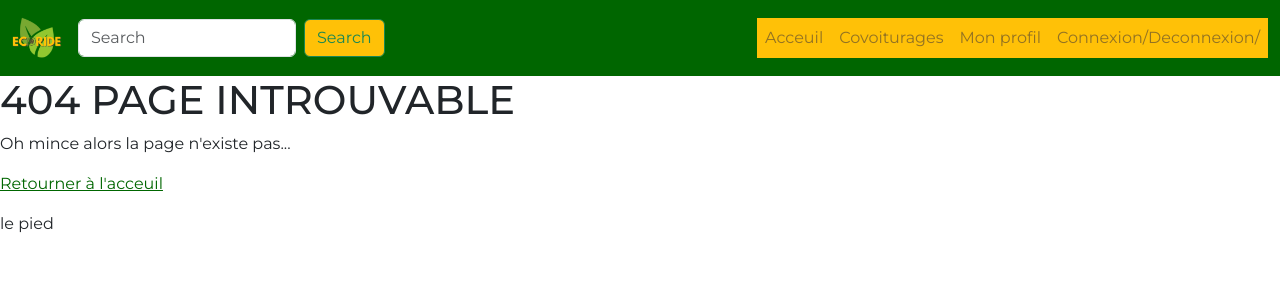
Repository: lemonhao9/ECF
Page: index.html
An editor plug-in stored every save of this project. The page is shown before and after the next save, followed by the edit.
The browser window is 1280 px wide. The pictures show the whole page.
Some web fonts or font styles are not loaded; a fallback is used. The style sheet was rebuilt from its Sass, Less or Tailwind sources for each picture, by a compiler version that may differ from the author's.

Above is the page before, as saved 2025-02-11 11:28:53.

### index.html
<!DOCTYPE html>
<html lang="fr">
<head>
    <meta charset="UTF-8">
    <meta name="viewport" content="width=device-width, initial-scale=1.0">
    <link rel="preconnect" href="https://fonts.googleapis.com">
    <link rel="preconnect" href="https://fonts.gstatic.com" crossorigin>
    <link href="https://fonts.googleapis.com/css2?family=Hind+Madurai:wght@300;400;500;600;700&family=Montserrat:ital,wght@0,100..900;1,100..900&display=swap" rel="stylesheet">
    <link rel="stylesheet" href="/scss/main.css"/>
    <title>EcoRide</title>
</head>
<body>

    <header>
<nav class="navbar navbar-expand-lg bg-primary" data-bs-theme="light">
  <div class="container-fluid">
    <a class="navbar-brand" href="/"><img src="/images/EcoRideLOGO.png" alt="logo EcoRide" width="50px"height="50px"></a>
    <button class="navbar-toggler" type="button" data-bs-toggle="collapse" data-bs-target="#navbarSupportedContent" aria-controls="navbarSupportedContent" aria-expanded="false" aria-label="Toggle navigation">
      <span class="navbar-toggler-icon"></span>
    </button>
    <div class="collapse navbar-collapse" id="navbarSupportedContent">
        <form class="d-flex" role="search">
            <input class="form-control me-2" type="search" placeholder="Search" aria-label="Search">
            <button class="btn btn-outline-success bg-secondary" type="submit">Search</button>
          </form>
      <ul class="navbar-nav ms-auto mb-2 mb-lg-0">
        <li class="nav-item">
          <a class="nav-link bg-secondary" href="/">Acceuil</a>
        </li>
        <li class="nav-item">
          <a class="nav-link bg-secondary" href="#">Covoiturages</a>
        </li>
        <li class="nav-item">
          <a class="nav-link bg-secondary" href="#">Mon profil</a>
        </li>
        <li class="nav-item">
            <a class="nav-link bg-secondary" href="#">Connexion/Deconnexion/</a>
          </li>
      </ul>

    </div>
  </div>
</nav>
    </header>

    <main id="main-page">
        <!-- Injection du contenu des différentes pages-->
    </main>
    <footer>
        le pied
    </footer>

    <script type="module" src="./Router/router.js"></script>
    <script src="node_modules/bootstrap/dist/js/bootstrap.bundle.min.js"></script>

</body>
</html>

### Router/router.js
import Route from "./Route.js";
import { allRoutes, websiteName } from "./allRoutes.js";

// Création d'une route pour la page 404 (page introuvable)
const route404 = new Route("404", "Page introuvable", "/pages/404.html");

// Fonction pour récupérer la route correspondant à une URL donnée
const getRouteByUrl = (url) => {
  let currentRoute = null;
  // Parcours de toutes les routes pour trouver la correspondance
  allRoutes.forEach((element) => {
    if (element.url == url) {
      currentRoute = element;
    }
  });
  // Si aucune correspondance n'est trouvée, on retourne la route 404
  if (currentRoute != null) {
    return currentRoute;
  } else {
    return route404;
  }
};

// Fonction pour charger le contenu de la page
const LoadContentPage = async () => {
  const path = window.location.pathname;
  // Récupération de l'URL actuelle
  const actualRoute = getRouteByUrl(path);
  // Récupération du contenu HTML de la route
  const html = await fetch(actualRoute.pathHtml).then((data) => data.text());
  // Ajout du contenu HTML à l'élément avec l'ID "main-page"
  document.getElementById("main-page").innerHTML = html;

  // Ajout du contenu JavaScript
  if (actualRoute.pathJS != "") {
    // Création d'une balise script
    var scriptTag = document.createElement("script");
    scriptTag.setAttribute("type", "text/javascript");
    scriptTag.setAttribute("src", actualRoute.pathJS);

    // Ajout de la balise script au corps du document
    document.querySelector("body").appendChild(scriptTag);
  }

  // Changement du titre de la page
  document.title = actualRoute.title + " - " + websiteName;
};

// Fonction pour gérer les événements de routage (clic sur les liens)
const routeEvent = (event) => {
  event = event || window.event;
  event.preventDefault();
  // Mise à jour de l'URL dans l'historique du navigateur
  window.history.pushState({}, "", event.target.href);
  // Chargement du contenu de la nouvelle page
  LoadContentPage();
};

// Gestion de l'événement de retour en arrière dans l'historique du navigateur
window.onpopstate = LoadContentPage;
// Assignation de la fonction routeEvent à la propriété route de la fenêtre
window.route = routeEvent;
// Chargement du contenu de la page au chargement initial
LoadContentPage();

### Router/allRoutes.js
import Route from "./Route.js";

//Définir ici vos routes
export const allRoutes = [
    new Route("/", "Accueil", "./pages/home.html"),
    new Route("/profile", "Profil", "./pages/profile.html"),
    new Route("/login", "Connexion", "./pages/auth/login.html"),
    new Route("/signin", "Inscription", "./pages/auth/signin.html"),
    new Route("/formCovoit", "Covoiturages", "./pages/formCovoit.html"),
    new Route("/vueCovoit", "Se déplacer", "./pages/vueCovoit.html")
];

//Le titre s'affiche comme ceci : Route.titre - websitename
export const websiteName = "EcoRide";

### pages/404.html
<div>
    <h1>404 PAGE INTROUVABLE</h1>
    <p>Oh mince alors la page n'existe pas...</p>
    <p><a href="/">Retourner à l'acceuil</a></p>
</div>

### scss/main.scss
@import 'custom'

### scss/_custom.scss
// Include any default variable overrides here (though functions won't be available)

$primary: #006600;
$secondary: #FFC107;
$dark:#392C1E;
$black:  #584832;
$font-family-sans-serif: "Montserrat", sans-serif !default;
$font-family-serif: "Hind Madurai", serif !default;

@import "../node_modules/bootstrap/scss/bootstrap";

//Suite du code ici bas

Loaded but not shown: node_modules/bootstrap/dist/js/bootstrap.bundle.min.js (library); Router/Route.js (common file)

After the next save:
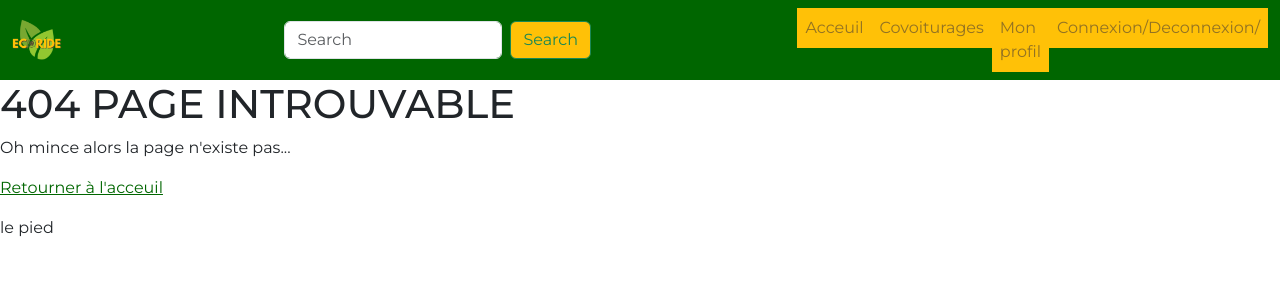
Saved 3 min 45 s later.
--- a/index.html
+++ b/index.html
@@ -19,10 +19,12 @@
       <span class="navbar-toggler-icon"></span>
     </button>
     <div class="collapse navbar-collapse" id="navbarSupportedContent">
-        <form class="d-flex" role="search">
-            <input class="form-control me-2" type="search" placeholder="Search" aria-label="Search">
-            <button class="btn btn-outline-success bg-secondary" type="submit">Search</button>
-          </form>
+        <div class="d-flex justify-content-center w-100">
+            <form class="d-flex" role="search">
+              <input class="form-control me-2" type="search" placeholder="Search" aria-label="Search">
+              <button class="btn btn-outline-success bg-secondary" type="submit">Search</button>
+            </form>
+          </div>
       <ul class="navbar-nav ms-auto mb-2 mb-lg-0">
         <li class="nav-item">
           <a class="nav-link bg-secondary" href="/">Acceuil</a>
